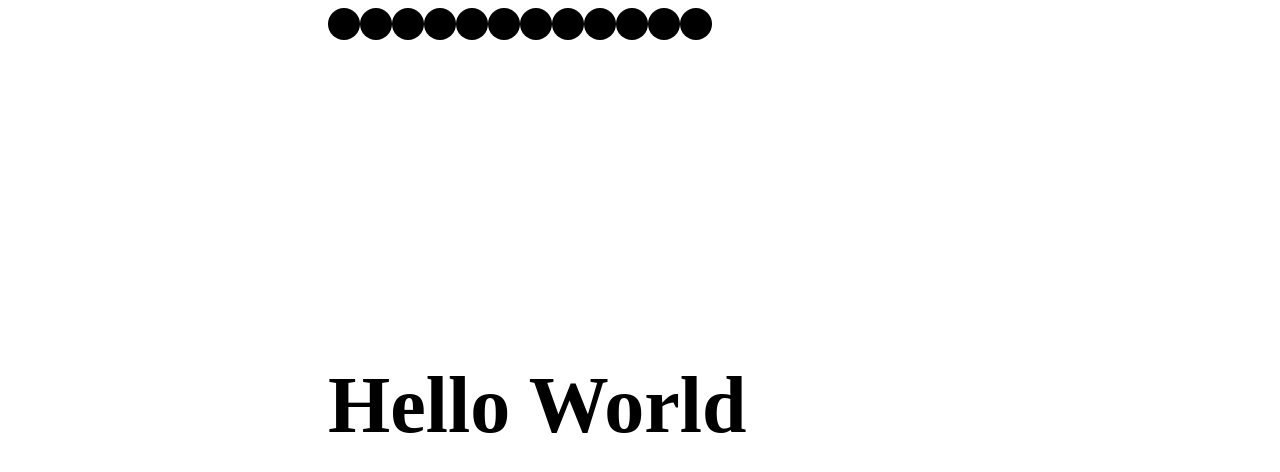
Repository: sarahlochhead/css-demo
Page: index.html
The author's editor kept a copy of each file at every save. The page is drawn from the files as they stood at one save, then again after the next save.
The browser window is 1280 px wide. The pictures show the whole page.

Above is the page before, as saved 2023-04-28 12:21:10.

After the next save:
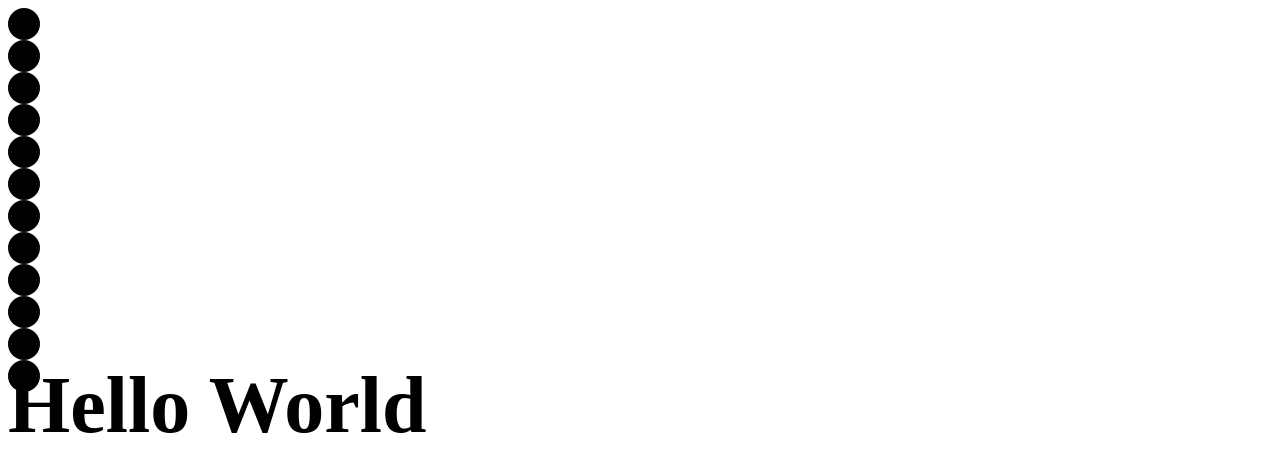
Saved 13 s later.
--- a/styles.css
+++ b/styles.css
@@ -1,9 +1,6 @@
 @charset "utf-8";
 
 body {
-    display: flex;
-    justify-content: center;
-    align-items: center;
     width: 80%;
 }
 
